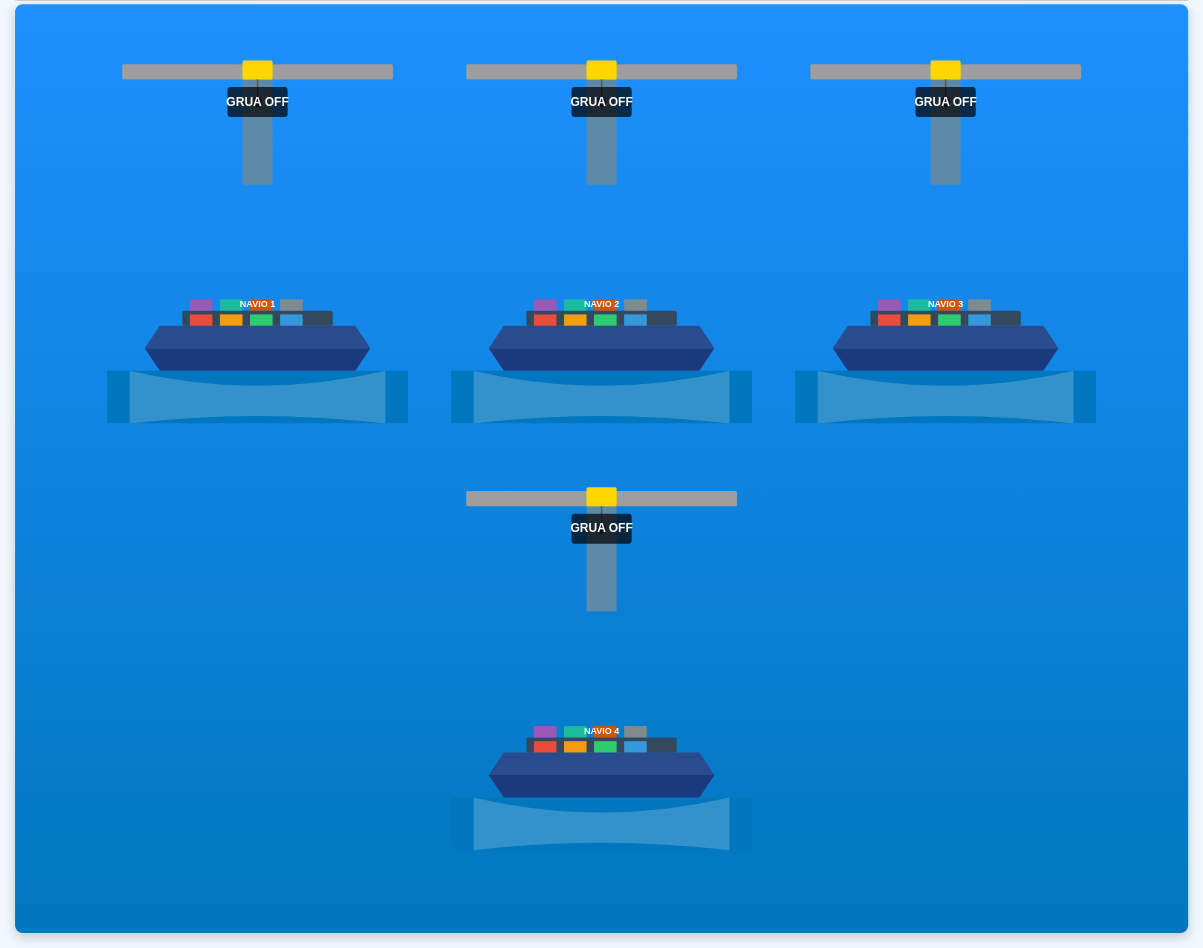
Repository: kaquepa/Grafana-Porto-v1.0
Page: frontend/templates/index.html
These files come from the project's save history. The page is drawn as it stood at one moment and after the next save; the edit follows.
The browser window is 1280 px wide. The pictures show the part of the page from y = 376 to 1430 px (the page is 1384 px tall before and 1430 px after), at 94% of full size.
The page's requests for data from a server got no answer.

Above is the page before, as saved 2025-09-23 21:21:47.

### frontend/templates/index.html
<!DOCTYPE html>
<html lang="pt-BR">
<head>
  <meta charset="UTF-8">
  <meta name="viewport" content="width=device-width, initial-scale=1.0">
  <title>Simulador Portuário</title>
  <link rel="stylesheet" href="/static/style.css">
</head>
<body>
  <!-- Dashboard Grafana em cima -->
  <iframe
    src="http://localhost:3000/d/Porto?orgId=1&refresh=10s&theme=dark&kiosk"
    class="grafana-iframe"
    style="height: 50vh; width: 100%; border: none;">
  </iframe>

  <!-- Simulador Portuário abaixo -->
  <div class="porto-container" id="porto">
    <div class="water-effect"></div>
    <div class="wave"></div>
  </div>

  <script src="/static/script.js"></script>
</body>
</html>

### frontend/static/style.css
/* ======================
   RESET E CONFIGURAÇÕES GLOBAIS
   ====================== */
body {
  font-family: Arial, sans-serif;
  margin: 0;
  padding: 1rem;
  background: #f0f8ff;
  min-height: 100vh;
  box-sizing: border-box;
}

*, *::before, *::after {
  box-sizing: border-box;
}

h1 {
  text-align: center;
  color: #2c3e50;
  margin-bottom: 2rem;
  font-size: clamp(1.5rem, 4vw, 2.5rem); /* Responsivo */
}

/* ======================
   CONTAINER PRINCIPAL
   ====================== */
.main-container {
  width: 95%;
  max-width: 1200px;
  margin: 0 auto; /* centraliza tudo */
  display: flex;
  flex-direction: column;
  gap: 2rem;
}

/* ======================
   DASHBOARD GRAFANA
   ====================== */
.dashboard-container {
  width: 100%;
  height: 60vh;
  min-height: 400px;
  border: 2px solid #2c3e50;
  border-radius: 8px;
  overflow: hidden;
  box-shadow: 0 6px 20px rgba(0, 0, 0, 0.25);
  background: white;
}

.grafana-iframe {
  width: 100%;
  height: 100%;
  border: none;
}

/* ======================
   CONTAINER DO PORTO
   ====================== */
.porto-container {
  width: 100%;
  display: flex;
  flex-wrap: wrap;
  overflow-x: auto;
  padding: 2rem 1rem 4rem;
  gap: 1rem;
  justify-content: center;
  align-items: flex-end;
  min-height: 40vh;
  background: linear-gradient(to bottom, #1e90ff, #0077be);
  border-radius: 8px;
  box-shadow: 0 4px 12px rgba(0,0,0,0.2);
  position: relative;
}

.navio-container {
  position: relative;
  margin: 0;
  flex-shrink: 0;
  z-index: 2;
  opacity: 1;
  transition: opacity 0.6s ease-in-out;
  min-width: 100px;
}

.navio-container.oculto {
  opacity: 0;
  pointer-events: none;
}

.controls {
  text-align: center;
  margin-bottom: 15px;
  background: rgba(255,255,255,0.9);
  padding: 8px 12px;
  border-radius: 20px;
  box-shadow: 0 2px 8px rgba(0,0,0,0.15);
  border: 1px solid #ddd;
  max-width: 300px;
  margin: 0 auto 15px;
}

label {
  font-size: clamp(0.8rem, 2vw, 1rem);
  display: flex;
  align-items: center;
  justify-content: center;
  gap: 8px;
  color: #2c3e50;
  font-weight: bold;
}

input[type="checkbox"] {
  cursor: pointer;
  transform: scale(1.2);
}

/* ======================
   EFEITO ÁGUA E ONDA
   ====================== */
.water-effect {
  position: absolute;
  bottom: 0;
  width: 100%;
  height: 60px;
  background: linear-gradient(to bottom, transparent, rgba(255,255,255,0.3)),
              repeating-linear-gradient(to bottom, transparent, transparent 10px, rgba(255,255,255,0.4) 10px, rgba(255,255,255,0.4) 20px);
  z-index: 1;
}

.wave {
  position: absolute;
  bottom: 0;
  width: 100%;
  height: 20px;
  background: url('data:[embedded picture, 963 characters]');
  background-size: 1200px 100px;
  animation: wave 12s linear infinite;
  z-index: 1;
}

@keyframes wave {
  0% { background-position-x: 0; }
  100% { background-position-x: 1200px; }
}

/* ======================
   MEDIA QUERIES
   ====================== */

/* Tablets paisagem */
@media (max-width: 1024px) {
  .dashboard-container { height: 55vh; min-height: 350px; }
  .porto-container { padding: 1.5rem 0.5rem 3rem; min-height: 35vh; gap: 0.8rem; }
  h1 { margin-bottom: 1.5rem; }
}

/* Tablets retrato */
@media (max-width: 768px) {
  body { padding: 0.5rem; }
  .dashboard-container { height: 45vh; min-height: 300px; width: 98%; }
  .porto-container { padding: 1rem 0.3rem 2.5rem; min-height: 30vh; margin: 0.5rem; border-radius: 6px; gap: 0.5rem; }
  .controls { padding: 6px 10px; margin-bottom: 10px; }
  .water-effect { height: 40px; }
  .wave { height: 15px; }
}

/* Smartphones */
@media (max-width: 480px) {
  body { padding: 0.3rem; }
  h1 { margin-bottom: 1rem; }
  .dashboard-container { height: 40vh; min-height: 250px; width: 100%; border-radius: 6px; }
  .porto-container { padding: 0.8rem 0.2rem 2rem; min-height: 25vh; margin: 0.3rem; flex-direction: column; align-items: center; }
  .controls { padding: 4px 8px; margin-bottom: 8px; max-width: 250px; }
  .water-effect { height: 30px; }
  .wave { height: 12px; }
}

/* Smartphones muito pequenos */
@media (max-width: 320px) {
  .dashboard-container { height: 35vh; min-height: 200px; }
  .porto-container { min-height: 20vh; padding: 0.5rem 0.1rem 1.5rem; }
  .tab-button { padding: 0.7rem; font-size: 0.8rem; }
}

### frontend/static/script.js
document.addEventListener('DOMContentLoaded', () => {
  // =============================
  // Funções de dimensões responsivas
  // =============================
  function getResponsiveDimensions() {
    const screenWidth = window.innerWidth;
    if (screenWidth <= 320) return { width: 180, height: 120, scale: 0.6 };
    if (screenWidth <= 480) return { width: 220, height: 140, scale: 0.7 };
    if (screenWidth <= 768) return { width: 280, height: 160, scale: 0.8 };
    if (screenWidth <= 1024) return { width: 320, height: 180, scale: 0.9 };
    return { width: 350, height: 200, scale: 1.0 };
  }

  // =============================
  // SVG do navio
  // =============================
  const navioSvg = (index) => {
    const { width, height, scale } = getResponsiveDimensions();
    return `
      <svg width="${width}" height="${height}" viewBox="0 0 400 250" xmlns="http://www.w3.org/2000/svg" style="max-width:100%; height:auto;">
        <rect x="0" y="180" width="400" height="70" fill="#0077be" />
        <path d="M30,180 Q200,220 370,180 L370,250 Q200,230 30,250 Z" fill="rgba(255,255,255,0.2)" />
        <path d="M50,150 L350,150 L330,180 L70,180 Z" fill="#1a3a7d" />
        <path d="M70,120 L330,120 L350,150 L50,150 Z" fill="#2a4b8d" />
        <rect x="100" y="100" width="200" height="20" fill="#34495e" rx="2" />
        <g id="navioContainers${index}">
          <rect x="110" y="105" width="30" height="15" fill="#e74c3c" />
          <rect x="150" y="105" width="30" height="15" fill="#f39c12" />
          <rect x="190" y="105" width="30" height="15" fill="#2ecc71" />
          <rect x="230" y="105" width="30" height="15" fill="#3498db" />
          <rect x="110" y="85" width="30" height="15" fill="#9b59b6" />
          <rect x="150" y="85" width="30" height="15" fill="#1abc9c" />
          <rect x="190" y="85" width="30" height="15" fill="#d35400" />
          <rect x="230" y="85" width="30" height="15" fill="#7f8c8d" />
        </g>
        <text x="200" y="95" text-anchor="middle" font-size="${Math.max(10,12*scale)}" fill="white" font-weight="bold">NAVIO ${index+1}</text>
      </svg>
    `;
  };

  // =============================
  // Template da grua
  // =============================
  const gruaTemplate = (index) => {
    const { width, height, scale } = getResponsiveDimensions();
    return `
      <div class="grua-container" style="position:relative; margin-bottom: 10px;">
        <svg width="${width}" height="${height}" viewBox="0 0 400 250" xmlns="http://www.w3.org/2000/svg" style="max-width:100%; height:auto;">
          <!-- Estrutura da grua -->
          <rect x="180" y="50" width="40" height="150" fill="#5D8AA8" rx="2" />
          <rect x="170" y="40" width="60" height="10" fill="#4A708B" rx="2" />
          <rect id="braco${index}" x="20" y="40" width="360" height="20" fill="#6E7B8B" rx="2" />

          <!-- Carrinho da grua -->
          <g id="carrinho${index}" transform="translate(180,0)">
            <rect x="0" y="35" width="40" height="25" fill="#FFD700" rx="2" />
            <!-- Cabo da grua -->
            <line id="cabo${index}" x1="20" y1="60" x2="20" y2="85" stroke="#555" stroke-width="2" />
            <!-- Gancho da grua -->
            <g id="gancho${index}" transform="translate(20,85)">
              <path d="M-5,0 L5,0 L5,8 L0,13 L-5,8 Z" fill="#333" />
            </g>
          </g>

          <!-- Container que será movido -->
          <g id="containerMovel${index}" style="display:none;">
            <rect x="-20" y="13" width="40" height="25" fill="#FFA500" stroke="#333" stroke-width="1" rx="2" />
          </g>

          <!-- Estado OFF -->
          <g id="offState${index}" style="display:none;">
            <rect x="160" y="70" width="80" height="40" fill="rgba(0,0,0,0.7)" rx="4" />
            <text x="200" y="95" text-anchor="middle" font-size="${Math.max(12,16*scale)}" fill="white" font-weight="bold">GRUA OFF</text>
          </g>
        </svg>
      </div>
    `;
  };

  // =============================
  // Função para animar a grua
  // =============================
  // =============================
// Função para animar a grua
// =============================
function criarGrua(index) {
    const isMobile = window.innerWidth <= 768;
    const velocidadeVertical = isMobile ? 0.6 : 0.6;
    const velocidadeHorizontal = isMobile ? 0.6 : 0.6;
    const tempoPausa = isMobile ? 2000 : 2000;
    const tempoPausa_pegando = isMobile ? 50 : 50;

    const navioContainers = document.getElementById(`navioContainers${index}`);
    const containerMovel = document.getElementById(`containerMovel${index}`);
    const braco = document.getElementById(`braco${index}`);
    const carrinho = document.getElementById(`carrinho${index}`);
    const cabo = document.getElementById(`cabo${index}`);
    const gancho = document.getElementById(`gancho${index}`);
    const offState = document.getElementById(`offState${index}`);

    let containerIndex = 0;
    let carrinhoX = 180;
    let comprimentoCabo = 85;
    let state = 'descendo';
    let animationId = null;
    let working = false;

    // Controle de tempo para velocidade consistente
    let ultimoTempo = 0;
    const fps = 60; // Frames por segundo
    const intervaloFrame = 1000 / fps;

    function animate(tempoAtual) {
        if (!working) return;

        // Controla a velocidade baseada no tempo
        const deltaTempo = tempoAtual - ultimoTempo;
        if (deltaTempo < intervaloFrame) {
            animationId = requestAnimationFrame(animate);
            return;
        }
        ultimoTempo = tempoAtual;

        switch(state) {
            case 'descendo':
                comprimentoCabo += velocidadeVertical;
                if (comprimentoCabo >= 120) {
                    comprimentoCabo = 120;
                    state = 'pegando';
                    setTimeout(() => {
                        containerMovel.style.display = 'inline';
                        const rectMovel = containerMovel.querySelector('rect');
                        const navioRect = navioContainers.children[containerIndex];

                        if (rectMovel && navioRect) {
                            rectMovel.setAttribute('fill', navioRect.getAttribute('fill'));
                            navioRect.style.opacity = '0.3';
                        }
                        state = 'subindo';
                    }, tempoPausa_pegando);
                }
                break;

            case 'subindo':
                comprimentoCabo -= velocidadeVertical;
                if (comprimentoCabo <= 40) {
                    comprimentoCabo = 40;
                    state = 'movendo';
                }
                break;

            case 'movendo':
                carrinhoX += velocidadeHorizontal;
                if (carrinhoX >= 300) {
                    carrinhoX = 300;
                    state = 'depositando';
                    setTimeout(() => {
                        containerMovel.style.display = 'none';
                        const navioRect = navioContainers.children[containerIndex];
                        if (navioRect) {
                            navioRect.style.display = 'none';
                        }

                        containerIndex++;

                        if (containerIndex >= navioContainers.children.length) {
                            containerIndex = 0;
                            for (let c of navioContainers.children) {
                                c.style.display = 'inline';
                                c.style.opacity = '1';
                            }
                        }

                        carrinhoX = 180;
                        comprimentoCabo = 85; // Corrigido: estava 500
                        state = 'descendo';
                    }, tempoPausa);
                }
                break;
        }

        carrinho.setAttribute('transform', `translate(${carrinhoX},0)`);
        cabo.setAttribute('y2', comprimentoCabo);
        gancho.setAttribute('transform', `translate(20,${comprimentoCabo})`);
        containerMovel.setAttribute('transform', `translate(${carrinhoX + 20},${comprimentoCabo + 13})`);

        animationId = requestAnimationFrame(animate);
    }

    function atualizar(on) {
        working = on;
        if (on) {
            braco.setAttribute("fill", "#6E7B8B");
            offState.style.display = 'none';
            if (state === 'descendo') {
                carrinhoX = 180;
                comprimentoCabo = 85;
                containerMovel.style.display = 'none';
            }
            ultimoTempo = performance.now(); // Reinicia o controle de tempo
            animate(ultimoTempo);
        } else {
            braco.setAttribute("fill", "#9E9E9E");
            containerMovel.style.display = 'none';
            offState.style.display = 'inline';
            if (animationId) {
                cancelAnimationFrame(animationId);
                animationId = null;
            }
        }
    }

    return atualizar;
}


  // =============================
  // Inicializar porto
  // =============================
  const porto = document.getElementById("porto");
  if (!porto) {
    console.error('Elemento #porto não encontrado');
    return;
  }

  const screenWidth = window.innerWidth;
  const totalNavios = screenWidth <= 480 ? 1 : screenWidth <= 768 ? 2 : screenWidth <= 1024 ? 3 : 4;

  const gruas = [];

  // Limpa o porto antes de adicionar novos elementos
  porto.innerHTML = '';

  for (let i = 0; i < totalNavios; i++) {
    const div = document.createElement("div");
    div.className = "navio-container";
    div.id = `navioContainer${i}`;
    div.style.position = 'relative';
    div.style.marginBottom = '20px';
    div.innerHTML = gruaTemplate(i) + navioSvg(i);
    porto.appendChild(div);
    gruas.push(criarGrua(i));

    // Inicialmente desliga todas as gruas
    gruas[i](false);
  }

  // =============================
  // Atualizar estado do cais via API
  // =============================
  async function atualizarEstadoCais() {
    try {
      const res = await fetch('/api/v1/estado-cais');

      if (!res.ok) {
        throw new Error(`Erro HTTP: ${res.status}`);
      }

      const cais = await res.json();
      console.log('Dados recebidos da API:', cais);

      // Ordena os cais por berth_id para garantir a correspondência correta
      const caisOrdenados = cais.sort((a, b) => a.berth_id - b.berth_id);

      caisOrdenados.forEach((caisItem, index) => {
        // Verifica se existe uma grua para este índice
        if (index < gruas.length) {
          const containerDiv = document.getElementById(`navioContainer${index}`);
          if (!containerDiv) return;

          const ocupado = caisItem.ocupado;

          if (ocupado) {
            containerDiv.style.display = 'block';
            containerDiv.classList.remove('oculto');
            gruas[index](true);
            console.log(`Grua ${index} (Berth ${caisItem.berth_id}): LIGADA - Ocupado`);
          } else {
            containerDiv.classList.add('oculto');
            setTimeout(() => {
              containerDiv.style.display = 'none';
            }, 600);
            gruas[index](false);
            console.log(`Grua ${index} (Berth ${caisItem.berth_id}): DESLIGADA - Livre`);
          }
        }
      });

    } catch (error) {
      console.error('Erro ao atualizar estado do cais:', error);

      // Em caso de erro, mantém o estado atual sem alterações
      console.log('Mantendo estado atual das gruas devido ao erro na API');
    }
  }

  // =============================
  // Inicialização
  // =============================
  console.log('Inicializando sistema de gruas no frontend...');
  console.log(`Número de gruas criadas: ${gruas.length}`);

  // Atualiza imediatamente e depois a cada 5 segundos
  atualizarEstadoCais();
  const intervalo = setInterval(atualizarEstadoCais, 5000);

  // =============================
  // Gerenciamento de redimensionamento
  // =============================
  let resizeTimeout;
  window.addEventListener('resize', () => {
    clearTimeout(resizeTimeout);
    clearInterval(intervalo); // Limpa o intervalo antigo
    resizeTimeout = setTimeout(() => {
      console.log('Redimensionamento detectado, recarregando...');
      window.location.reload();
    }, 500);
  });

  // =============================
  // Limpeza ao sair da página
  // =============================
  window.addEventListener('beforeunload', () => {
    clearInterval(intervalo);
    clearTimeout(resizeTimeout);
    gruas.forEach(grua => grua(false));
  });
});

After the next save:
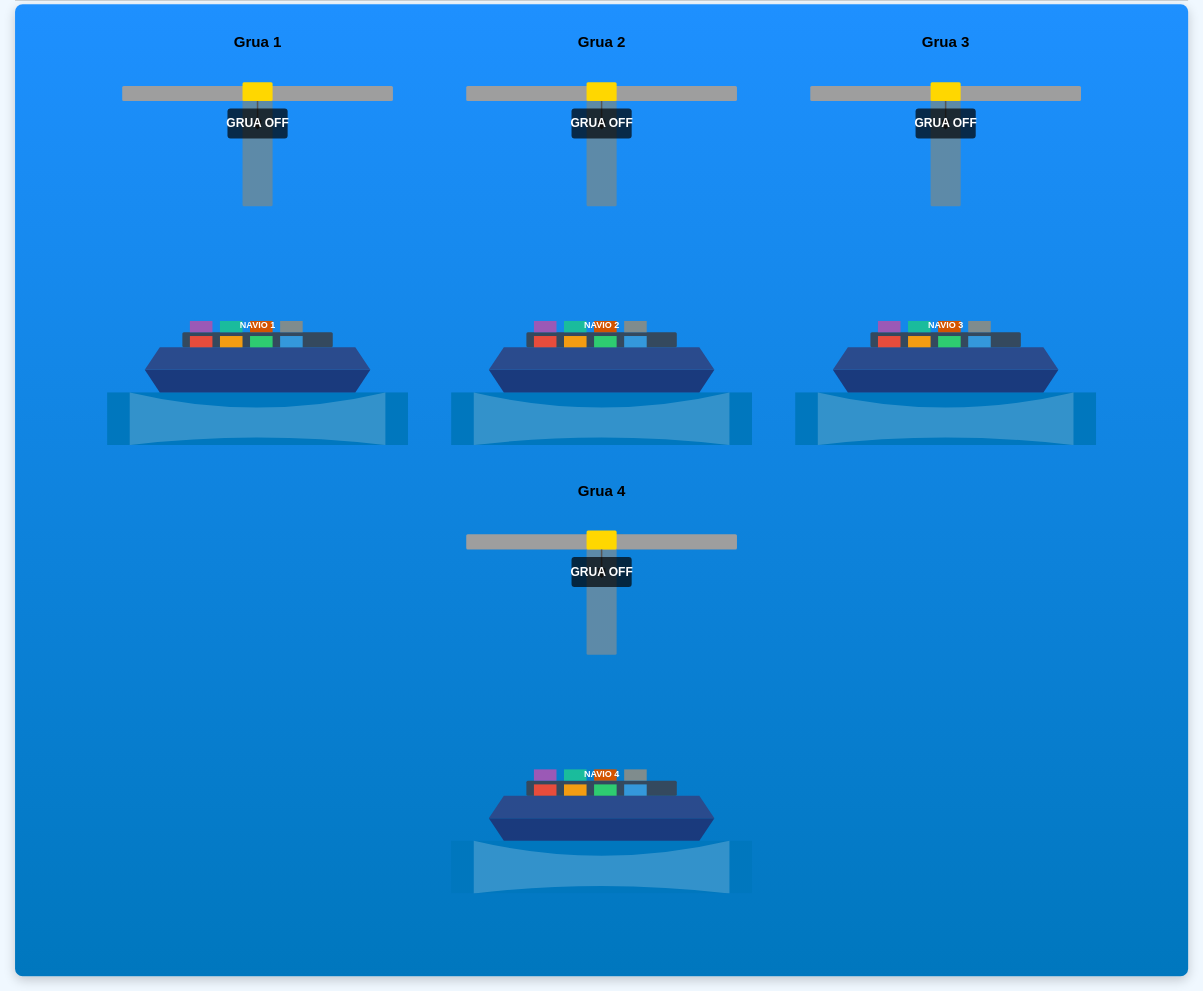
Saved 7 min 17 s later.
--- a/frontend/static/script.js
+++ b/frontend/static/script.js
@@ -238,6 +238,14 @@ function criarGrua(index) {
     div.style.position = 'relative';
     div.style.marginBottom = '20px';
     div.innerHTML = gruaTemplate(i) + navioSvg(i);
+
+    div.innerHTML = `
+  <div class="grua-titulo" style="text-align:center; font-weight:bold; margin-bottom:5px;">
+    Grua ${i + 1}
+  </div>
+  ${gruaTemplate(i)}
+  ${navioSvg(i)}
+`;
     porto.appendChild(div);
     gruas.push(criarGrua(i));
 
